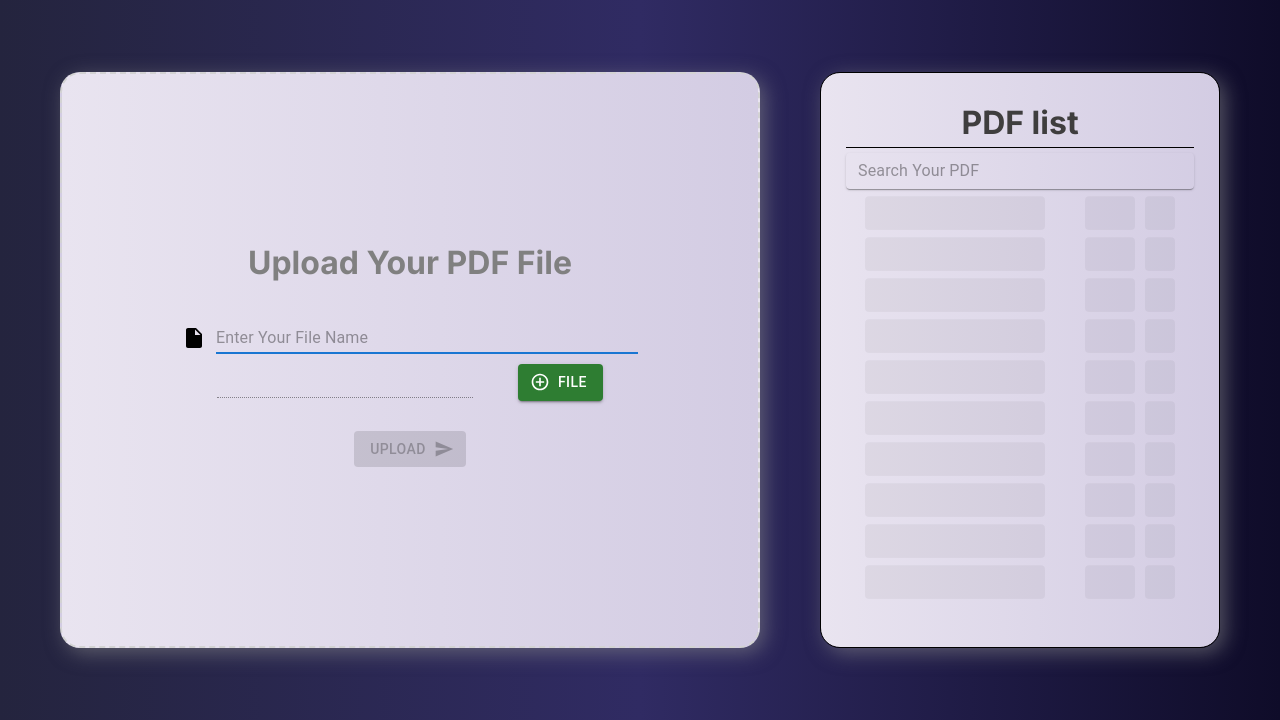
Repository: BhushanPatil-121/pdf-upload-nextjs
Page: /
An editor plug-in stored every save of this project. The page is shown before and after the next save, followed by the edit.
The browser window is 1280 px wide. The pictures show the whole page.
The page's requests for data from a server got no answer. The project was rebuilt for these pictures with package versions that can differ from the ones it lists, and the page was loaded fresh each time. The framework's server and built-in components were replaced by stand-ins that run in the browser. No one was signed in, and anything a server would have sent is missing. Also part of the build but not shown: next.config.mjs.

Above is the page before, as saved 2024-03-01 17:17:00.

### src/app/layout.tsx
import type { Metadata } from "next";
import { Inter } from "next/font/google";
import "./globals.css";
import { ToastContainer } from "react-toastify";

const inter = Inter({ subsets: ["latin"] });

export const metadata: Metadata = {
  title: "Create Next App",
  description: "Generated by create next app",
};

export default function RootLayout({
  children,
}: Readonly<{
  children: React.ReactNode;
}>) {
  return (
    <html lang="en">
      <body className={inter.className}>
      <ToastContainer position="top-center" theme="colored"
      />
        {children}</body>
    </html>
  );
}

### src/app/page.tsx
"use client"
import PdfListSkeleton from '@/components/pdfListSkeleton';
import { pdfToBlob } from "@/utils/pdfToBlob";
import AddCircleOutlineIcon from '@mui/icons-material/AddCircleOutline';
import DeleteIcon from '@mui/icons-material/Delete';
import InsertDriveFileIcon from '@mui/icons-material/InsertDriveFile';
import SendIcon from '@mui/icons-material/Send';
import LoadingButton from '@mui/lab/LoadingButton';
import { Box, TextField } from "@mui/material";
import Button from '@mui/material/Button';
import InputBase from '@mui/material/InputBase';
import Paper from '@mui/material/Paper';
import { styled } from '@mui/material/styles';
import Link from 'next/link';
import { useEffect, useState } from 'react';
import { toast } from 'react-toastify';
import 'react-toastify/dist/ReactToastify.css';
import styles from "./page.module.css";

//import from material ui
const VisuallyHiddenInput = styled('input')({
  clip: 'rect(0 0 0 0)',
  clipPath: 'inset(50%)',
  height: 1,
  overflow: 'hidden',
  position: 'absolute',
  bottom: 0,
  left: 0,
  whiteSpace: 'nowrap',
  width: 1,
});


//pdf list type declared
interface PdfList {
  id: number;
  fileName: string;
  pdf: string;
  uploadedAt: Date;
}

//function showon ui
export default function Home() {


  const [loading, setLoading] = useState(false);
  const [listIsEmpty, setListIsEmpty] = useState(false);
  const [hasFile, setHasFile] = useState(false);
  const [fileName, setFileName] = useState<string>("")
  const [defaultFileName, setDefaultFileName] = useState<string>("")
  const [file, setFile] = useState<string | ArrayBuffer | null>("")
  const [pdfList, setPdfList] = useState<PdfList[]>([])
  const [searchPdfFound, setSearchPdfFound] = useState(false)
  const [searchList, setSearchList] = useState<PdfList[]>([])

  //after every iterate clear all field and set with default
  const clearField = () => {
    setFileName("")
    setDefaultFileName("")
    setFile("")
    setHasFile(false)
  }

  //useEffect to fetch all pdf name
  useEffect(() => {
    const getPdfList = async () => {
      let pdfList: any = await fetch("/api", {
        cache: "no-store"
      })
      pdfList = await pdfList.json();
      if (pdfList.fileList.length === 0) {
        setListIsEmpty(true)
      }
      setPdfList(pdfList.fileList)
      setSearchList(pdfList.fileList)
    }
    getPdfList()
  }, [loading])


  // search pdf by is name
  const searchPdf = (e: React.ChangeEvent<HTMLInputElement>) => {
    let value = e.target.value
    let filteredArray: any = pdfList.filter((item) => item.fileName?.toLowerCase().includes(value.toLowerCase()));
    setSearchList(filteredArray)
  }


  // append form data and send to backend
  const handleClick = async (e: any) => {
    e.preventDefault();
    setLoading(true);

    const formData = new FormData();
    formData.append('fileName', fileName);
    formData.append('file', file as unknown as string);

    try {
      let body = await fetch("/api", {
        method: "POST",
        body: formData,
      });
      const result = await body.json();

      //if result is success
      if (result.status === "200") {
        toast.success("PDF uploaded successfully");
      }
      //if result fail due to file name unique in database
      else if (result.status === "409") {
        toast.warning('File Name Already Exists')
      }
      // if result fails due to input field is missing
      else if (result.status === "401") {
        toast.warning('Please Select Different File')
      }
      else {
        toast.error('Fail To Upload PDF')
      }
    }
    // catch all error
    catch (error) {
      toast.error('ERROR! Failed to upload PDF')
    }
    // called function to clear input field
    finally {
      clearField();
      // to show changes in pdf list ( useEffect depends on loading state)
      setLoading(false);
    }
  }

  // select file input and convert into blob data
  const handleFileChange = async (e: React.ChangeEvent<HTMLInputElement>) => {
    const file: File | undefined = e.target.files?.[0];
    if (file) {
      setDefaultFileName(file.name)
      setHasFile(true)
      // storing file blob data
      const dataBlob = await pdfToBlob(file);

      //converting blob data into dataURL
      const f = new File([dataBlob], file.name, { type: dataBlob.type })
      const fr = new FileReader();
      fr.readAsDataURL(f)
      fr.onload = () => {
        const re = fr.result;
        setFile(re)
      }
      // able to select same file
      e.target.value = "";
    }
  };

  // delete pdf (remove pdf from db)
  const handleDelete = async (f: string) => {
    //toast promise alert
    let body = await toast.promise(
      fetch(`/api/${f}`, {
        method: "DELETE",
      }),
      {
        pending: 'Removing PDF',
        success: 'PDF Removed Successfully 👌',
        error: 'Failed To Remove PDF 🤯'
      }
    );
    const result = await body.json();
    if (result.status === "200") {
      setPdfList(pdfList.filter(x => x.fileName !== f))
    }
    setLoading(false);
  }

  return (
    <main className={styles.main}>
      <div className={styles.mainContainer}>
        <h1 className={styles.mainHeading}>Upload Your PDF File</h1>
        <form className={styles.mainForm}>
          <div className={styles.mainFormContainer}>
            <div className={styles.mainFormSubContainer1}>
              <InsertDriveFileIcon />
              <Box sx={{ width: '100%' }}>
                <TextField
                  id="standard-basic"
                  fullWidth
                  placeholder="Enter Your File Name"
                  value={fileName}
                  autoFocus
                  onChange={(e) => { setFileName(e.target.value.trim()) }}
                  variant="standard" />
              </Box>
            </div>
            <div className={styles.mainFormSubContainer2}>
              <Box sx={{ width: '56%' }}>
                <TextField
                  id="standard-multiline-static"
                  multiline
                  fullWidth
                  rows={1}
                  disabled
                  variant="standard"
                  value={defaultFileName}
                />
              </Box>
              <Button
                startIcon={<AddCircleOutlineIcon />}
                component="label"
                role={undefined}
                variant="contained"
                tabIndex={-1}
                color={file ? "error" : "success"}
              >file
                <VisuallyHiddenInput
                  onChange={handleFileChange}
                  type="file" accept="application/pdf" />
              </Button>
            </div>
          </div>
          <LoadingButton
            onClick={handleClick}
            endIcon={<SendIcon />}
            loading={loading}
            disabled={!hasFile || fileName.length == 0}
            loadingPosition="end"
            variant="contained">
            {
              loading ? "Uploading..." : "Upload"
            }
          </LoadingButton>
        </form>
      </div>
      <div className={styles.pdfListContainer}>
        <div className={styles.listHeadingDiv}>
          <h1>PDF list</h1>
        </div>
        <Paper
          style={{
            backgroundColor: "transparent"
          }}
          component="form"
          sx={{ p: '2px 4px', m: '5px', display: 'flex', alignItems: 'center' }}
        >
          <InputBase
            sx={{ ml: 1, flex: 1 }}
            placeholder="Search Your PDF"
            inputProps={{ 'aria-label': 'search google maps' }}
            onChange={searchPdf}
          />
        </Paper>
        <div className={styles.pdfListDiv}>
          {
            searchList.length === 0 ? searchPdfFound?  <h2>PDF Not Found</h2> :<PdfListSkeleton /> :

              searchList.map((item, index) => (
                <div key={index} style={{
                  width: "100%",
                  display: "flex",
                  flexDirection: "row",
                  justifyContent: "space-between",
                  alignItems: "center",
                  borderBottom: "2px solid lightgrey"
                }}>
                  <div>
                    <h4 className={styles.listTitle} >
                      {item.fileName}
                    </h4>
                  </div>
                  <div style={{
                    display: "flex",
                    justifyContent: 'center',
                    alignItems: 'center',
                    gap: "10px",
                  }}>
                    <Link href={`/pdffile/${item.fileName}`} target="_blank">
                      <Button style={{
                        margin: "5px",
                      }} size="small" variant="contained" id="#contained-buttons">
                        Open
                      </Button>
                    </Link>
                    <button style={{
                      cursor: "pointer",
                      color: "white",
                      backgroundColor: "red",
                      border: "none",
                      borderRadius: "3px",
                      padding: "2px",
                      boxShadow: "2px 2px 2px grey"
                    }}
                      onClick={() => handleDelete(item.fileName)}
                    ><DeleteIcon />
                    </button>


                  </div>
                </div>
              ))
          }
        </div>
      </div>
    </main>
  );
}

### src/app/globals.css
* {
  box-sizing: border-box;
  padding: 0;
  margin: 0;
}

html,
body {
  max-width: 100vw;
  overflow-x: hidden;
  background: #0f0c29;  /* fallback for old browsers */
  background: -webkit-linear-gradient(to right, #24243e, #302b63, #0f0c29);  /* Chrome 10-25, Safari 5.1-6 */
  background: linear-gradient(to right, #24243e, #302b63, #0f0c29); /* W3C, IE 10+/ Edge, Firefox 16+, Chrome 26+, Opera 12+, Safari 7+ */

}


a {
  color: inherit;
  text-decoration: none;
}


/* scrollbar */
::-webkit-scrollbar {
  width: 5px;
  height: 5px;
}

::-webkit-scrollbar-track {
  -webkit-box-shadow: inset 0 0 6px rgba(0, 0, 0, 0.3);
  -webkit-border-radius: 10px;
  border-radius: 10px;
}

::-webkit-scrollbar-thumb {
  -webkit-border-radius: 10px;
  border-radius: 10px;
  background: rgba(255, 255, 255, 0.3);
  -webkit-box-shadow: inset 0 0 6px rgba(0, 0, 0, 0.5);
}

::-webkit-scrollbar-thumb:window-inactive {
  background: rgba(255, 255, 255, 0.3);
}

### src/components/pdfListSkeleton.tsx
import React from 'react'
import Box from '@mui/material/Box';
import Skeleton from '@mui/material/Skeleton';
import { Typography } from '@mui/material';
export default function PdfListSkeleton() {
    const a = new Array(10).fill(1);
    return (
        <div>
            {
                a.map((item , index: any) => (
                    <Box style={{
                        margin: "-15px",
                        display: "flex",
                        flexDirection: "row",
                        justifyContent: "space-between",
                        alignItems: "space-between",
                    }} sx={{ width: 310 }} key={index}>
                        <Box sx={{ width: 180 }}>
                            <Typography component="div" variant={'h3'} sx={{ width: 180 }}>
                                <Skeleton />
                            </Typography>
                        </Box>
                        <Box style={{
                            display: "flex",
                            flexDirection: "row",
                            justifyContent: "flex-end",
                            gap:"10px"
                        }} sx={{ width: 100 }}>
                            <Typography component="div" variant={'h3'} sx={{ width: 50 }}>
                                <Skeleton />
                            </Typography>
                            <Typography component="div" variant={'h3'} sx={{ width: 30 }}>
                                <Skeleton />
                            </Typography>
                        </Box>
                    </Box>
                ))
            }
        </div>
    )
}

### src/utils/pdfToBlob.ts
//function for converting file into blob
export const pdfToBlob =  (file: File): Promise<Blob> => {
    //return promise
  return new Promise((resolve, reject) => {
      const reader = new FileReader();
      // once file load successfully create blob object
      reader.onload = () => {
        if (reader.result instanceof ArrayBuffer) {
          const blob = new Blob([reader.result], { type: file.type });
          resolve(blob);
        } else {
          reject(new Error('Unable to read file'));
        }
      };
      reader.onerror = reject;
      reader.readAsArrayBuffer(file);
    });
  }

### src/app/page.module.css
.main {
  display: flex;
  flex-direction: row;
  justify-content: space-evenly;
  align-items: center;
  padding: 4rem 0;
  min-height: 100vh;
  /* background-color: rgb(255, 255, 255); */
}

.pdfListContainer {
  color: rgb(63, 62, 62);
  height: 80vh;
  text-align: center;
  width: 400px;
  border-radius: 20px;
  padding: 20px;
  border: solid 1px rgb(0, 0, 0);
  box-shadow: 5px 5px 20px rgba(143, 142, 142, 0.534);
  background: #D3CCE3;
  /* fallback for old browsers */
  background: -webkit-linear-gradient(to right, #E9E4F0, #D3CCE3);
  /* Chrome 10-25, Safari 5.1-6 */
  background: linear-gradient(to right, #E9E4F0, #D3CCE3);
  /* W3C, IE 10+/ Edge, Firefox 16+, Chrome 26+, Opera 12+, Safari 7+ */


}

.listHeadingDiv {
  display: flex;
  padding: 5px;
  justify-content: center;
  align-self: center;
  margin: 5px;
  border-bottom: solid 1px rgb(0, 0, 0);
}

.pdfListDiv {
  height: 90%;
  padding: 5px;
  margin: 5px;
  overflow-y: scroll;
  display: flex;
  flex-direction: column;
  justify-content: flex-start;
  align-items: center;
}

.listTitle {
  color: grey;
  margin: 5px;
  width: 90%;
  padding: 5px 0;
  text-align: left;

}

.mainContainer {
  height: 80vh;
  width: 700px;
  display: flex;
  flex-direction: column;
  justify-content: center;
  align-items: center;
  padding: 50px 100px;
  border-radius: 20px;
  border: dashed 2px lightgrey;
  box-shadow: 5px 5px 20px rgba(143, 142, 142, 0.534);
  background: #D3CCE3;
  /* fallback for old browsers */
  background: -webkit-linear-gradient(to right, #E9E4F0, #D3CCE3);
  /* Chrome 10-25, Safari 5.1-6 */
  background: linear-gradient(to right, #E9E4F0, #D3CCE3);
  /* W3C, IE 10+/ Edge, Firefox 16+, Chrome 26+, Opera 12+, Safari 7+ */

}

.mainHeading {
  color: grey;
  text-align: center;
}

.mainForm {
  display: flex;
  flex-direction: column;
  align-items: center;
  justify-content: center;
  width: 100%;
  padding: 10px;
  border-radius: 10px;
}

.mainFormContainer {
  display: flex;
  flex-direction: column;
  align-items: center;
  justify-content: center;
  width: 100%;
  height: 100%;
  /* border: 1px solid grey; */
  border-radius: 5px;
  padding: 10px;
  gap: 10px;
  margin: 20px;
}

.mainFormSubContainer1 {
  display: flex;
  flex-direction: row;
  align-items: center;
  justify-content: center;
  gap: 10px;
  width: 100%;
}

.mainFormSubContainer2 {
  display: flex;
  flex-direction: row;
  align-items: center;
  justify-content: space-evenly;
  gap: 10px;
  width: 100%;

}



@media screen and (max-width: 1140px) {
  .main {
    flex-direction: column;
    gap: 50px;
  }
  .mainContainer {
    height: 300px;
  }
  .pdfListContainer {
    width: 700px;
  }
}
  @media screen and (max-width: 768px) {
  .mainContainer {
    width: inherit;
    padding: 50px 20px;
    height: 300px;
  }

  .mainFormSubContainer2 {
    flex-direction: column;
  }
  .pdfListContainer {
    width: 367px;
    padding:20px;
  }
  }

After the next save:
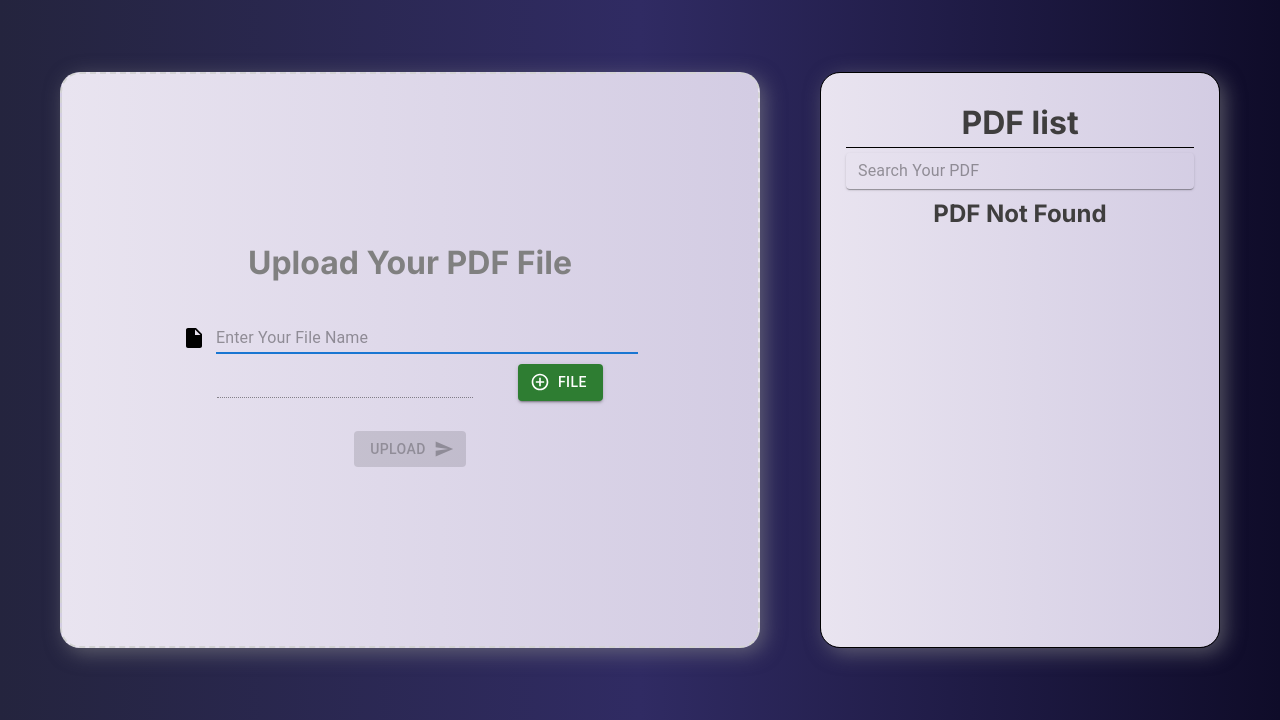
Saved 10 s later.
--- a/src/app/page.tsx
+++ b/src/app/page.tsx
@@ -250,7 +250,7 @@
         </Paper>
         <div className={styles.pdfListDiv}>
           {
-            searchList.length === 0 ? searchPdfFound?  <h2>PDF Not Found</h2> :<PdfListSkeleton /> :
+            searchList.length === 0 ? searchPdfFound ? <PdfListSkeleton /> : <h2>PDF Not Found</h2> :
 
               searchList.map((item, index) => (
                 <div key={index} style={{

After the 2 saves that followed:
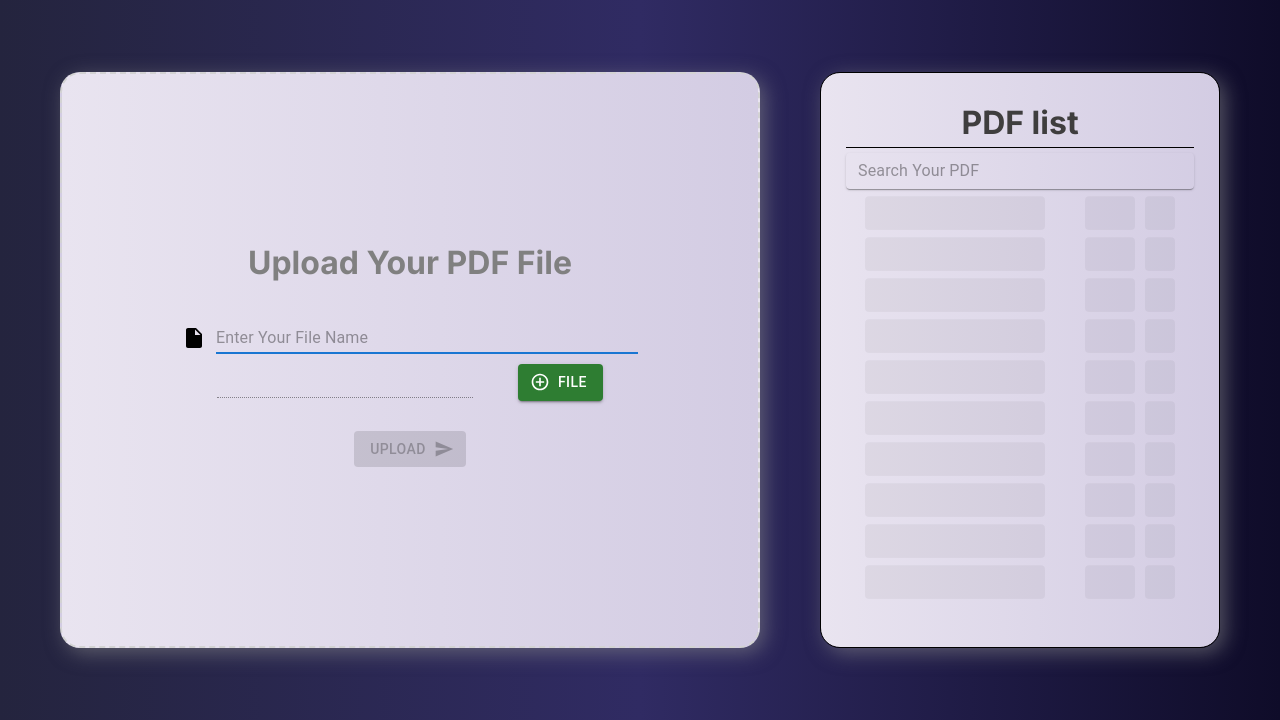
The 2 saves are shown as one change because 1 left the picture as it was.
The last was saved 19 s later.
--- a/src/app/page.tsx
+++ b/src/app/page.tsx
@@ -250,7 +250,7 @@
         </Paper>
         <div className={styles.pdfListDiv}>
           {
-            searchList.length === 0 ? searchPdfFound ? <PdfListSkeleton /> : <h2>PDF Not Found</h2> :
+            searchList.length === 0 ? !searchPdfFound ? <PdfListSkeleton /> : <h2>PDF Not Found</h2> :
 
               searchList.map((item, index) => (
                 <div key={index} style={{
